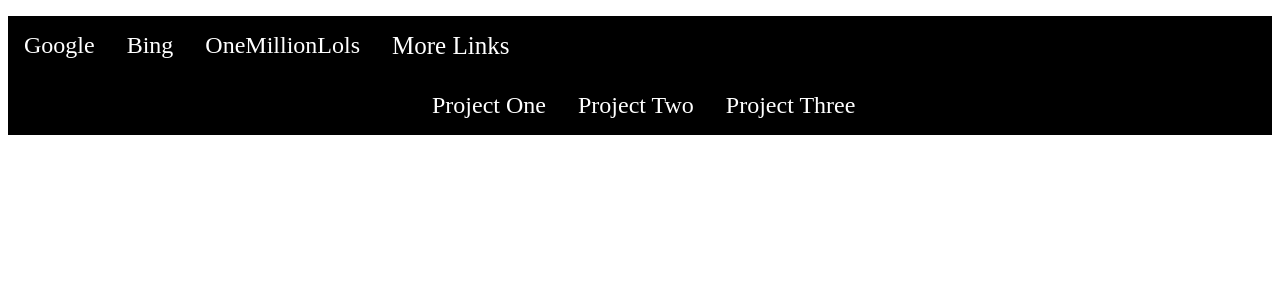
Repository: GunnarStone/GunnarStone.github.io
Page: index.html
The author's editor kept a record of every edit. The page is drawn from the files as they stood at one moment, then again after the next edit.
The browser window is 1280 px wide. The pictures show the whole page.

Above is the page before.

After the next edit:
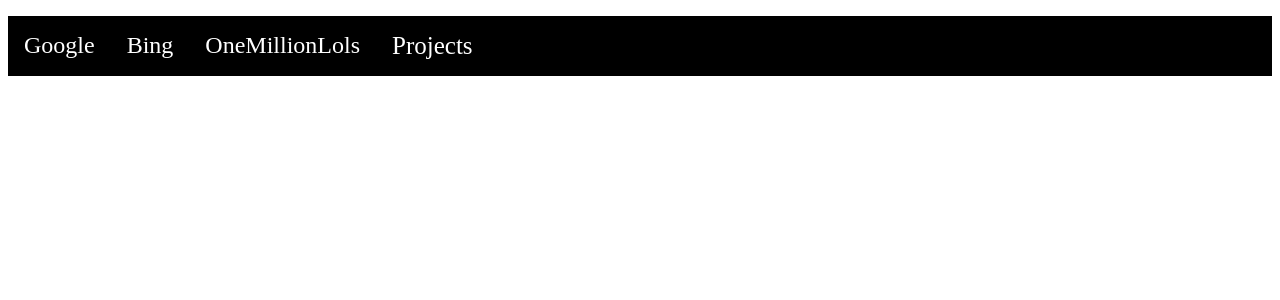
The edit:
--- a/index.html
+++ b/index.html
@@ -63,8 +63,8 @@
         <li><a href="https://www.bing.com">Bing</a></li>
         <li><a href="http://onemillionlols.com/">OneMillionLols</a></li>
         <li class="dropdown">
-            <div class="youre-Special" >More Links</div>
-            <ul class="makesUlWhite" class="dropdown-cnt">
+            <div class="youre-Special" >Projects</div>
+            <ul class="dropdown-cnt">
                 <li><a href="#">Project One</a></li>
                 <li><a href="#">Project Two</a></li>
                 <li><a href="#">Project Three</a></li>
